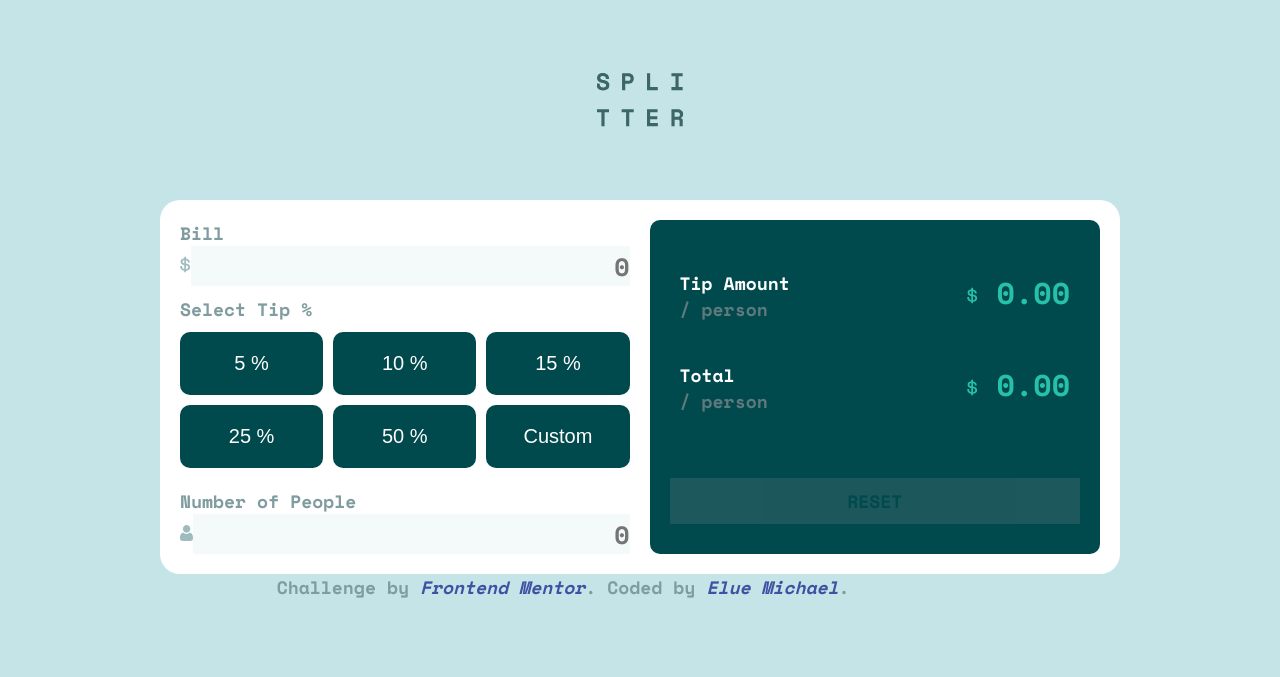
Repository: MeekyBerry/Frontend-Mentor-Challenges
Page: tip-calculator-app/index.html
An editor plug-in stored every save of this project. The page is shown before and after the next save, followed by the edit.
The browser window is 1280 px wide. The pictures show the whole page.

Above is the page before, as saved 2023-03-28 03:13:34.

After the next save:
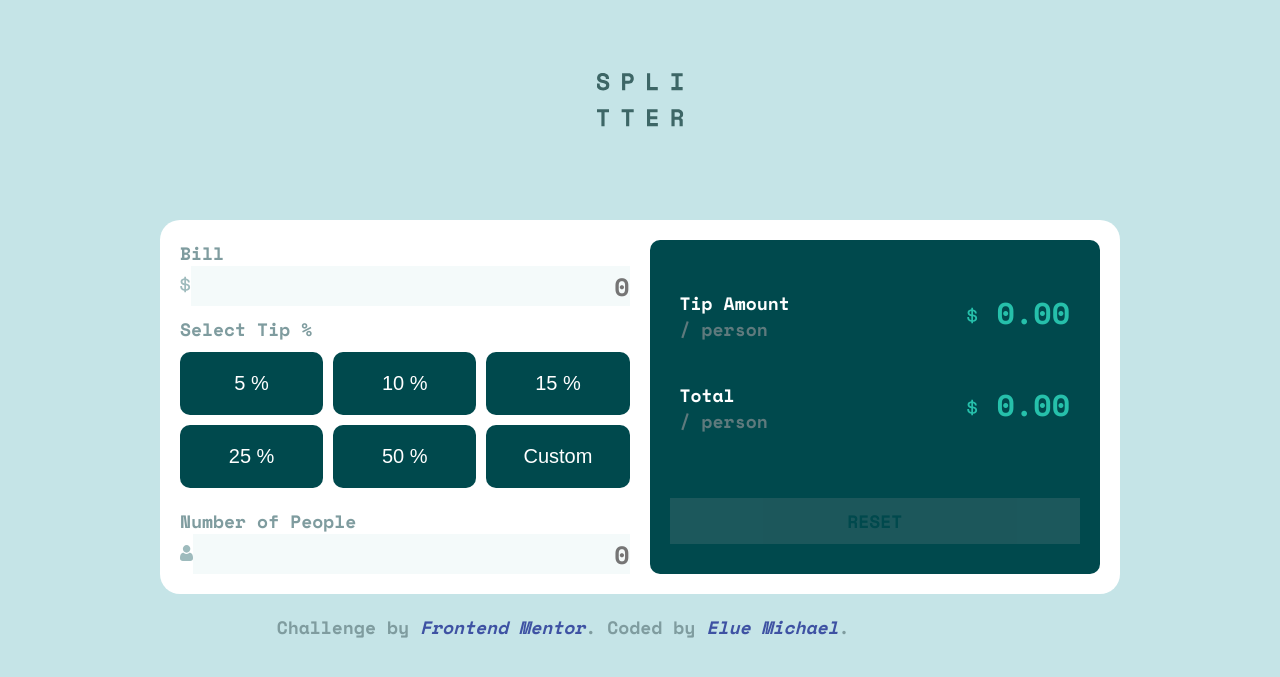
Saved 30 s later.
--- a/tip-calculator-app/css/style.css
+++ b/tip-calculator-app/css/style.css
@@ -233,7 +233,7 @@ p {
   .background {
     width: 75%;
     height: 75%;
-    margin: 0rem auto;
+    margin: 2rem auto;
     flex-direction: row;
     gap: 2rem;
     padding: 2rem;
